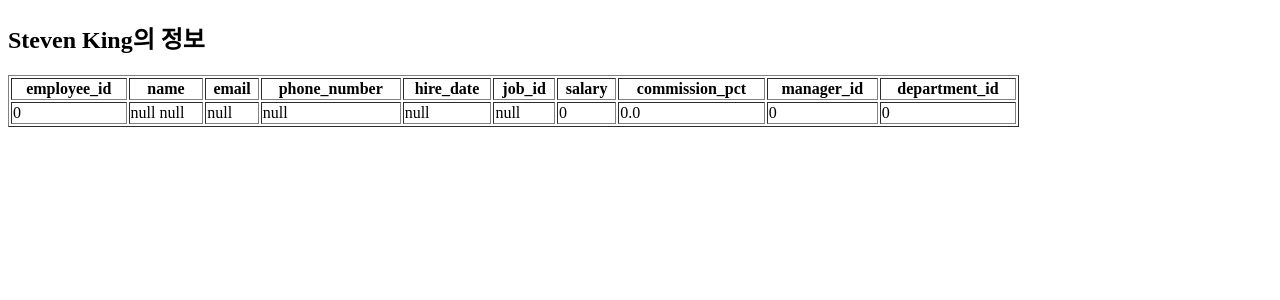
Repository: Mildous/HKIT-BackendClass
Page: http://localhost/sqlTest/employees/EmployeesList.jsp
The author's editor kept a copy of each file at every save. The page is drawn from the files as they stood at one save, then again after the next save.
The browser window is 1280 px wide. The pictures show the whole page.
The page is served by Tomcat 9. Other server files are loaded and not shown.

Above is the page before, as saved 2022-08-19 07:08:07.

### workspace/jsp/sqlTest/WebContent/employees/EmployeesList.jsp
<%@page import="java.sql.ResultSet"%>
<%@page import="java.sql.PreparedStatement"%>
<%@page import="java.sql.Connection"%>
<%@page import="employees.EmployeesDAO"%>
<%@page import="employees.EmployeesDTO"%>
<%@ page language="java" contentType="text/html; charset=UTF-8"
    pageEncoding="UTF-8"%>
<%
	String first_name = "Steven";
	String last_name = "King";

	EmployeesDTO dto = new EmployeesDTO();
	dto.setFirst_name(first_name);
	dto.setLast_name(last_name);
	EmployeesDAO dao = new EmployeesDAO();
	EmployeesDTO result = dao.viewStevenKing(dto);

%>
<!DOCTYPE html>
<html>
<head>
<meta charset="UTF-8">
<title>Steven King의 정보 출력</title>
</head>
<body>

<h2>Steven King의 정보</h2>
	<table border="1" width="80%">
		<tr>
			<th>employee_id</th>
			<th>name</th>
			<th>email</th>
			<th>phone_number</th>
			<th>hire_date</th>
			<th>job_id</th>
			<th>salary</th>
			<th>commission_pct</th>
			<th>manager_id</th>
			<th>department_id</th>
		</tr>
		<tr>
			<td><%= result.getEmployee_id() %></td>
			<td><%= result.getFirst_name() %> <%= result.getLast_name() %></td>
			<td><%= result.getEmail() %></td>
			<td><%= result.getPhone_number() %></td>
			<td><%= result.getHire_date() %></td>
			<td><%= result.getJob_id() %></td>
			<td><%= result.getSalary() %></td>
			<td><%= result.getCommission_pct() %></td>
			<td><%= result.getManager_id() %></td>
			<td><%= result.getDepartment_id() %></td>
		</tr>
	</table>
</body>
</html>

### workspace/jsp/sqlTest/src/employees/EmployeesDTO.java
package employees;

import java.sql.Date;

public class EmployeesDTO {

	private int employee_id;
	private String first_name;
	private String last_name;
	private String email;
	private String phone_number;
	private Date hire_date;
	private String job_id;
	private int salary;
	private double commission_pct;
	private int manager_id;
	private int department_id;


	public int getEmployee_id() {
		return employee_id;
	}
	public void setEmployee_id(int employee_id) {
		this.employee_id = employee_id;
	}
	public String getFirst_name() {
		return first_name;
	}
	public void setFirst_name(String first_name) {
		this.first_name = first_name;
	}
	public String getLast_name() {
		return last_name;
	}
	public void setLast_name(String last_name) {
		this.last_name = last_name;
	}
	public String getEmail() {
		return email;
	}
	public void setEmail(String email) {
		this.email = email;
	}
	public String getPhone_number() {
		return phone_number;
	}
	public void setPhone_number(String phone_number) {
		this.phone_number = phone_number;
	}
	public Date getHire_date() {
		return hire_date;
	}
	public void setHire_date(Date hire_date) {
		this.hire_date = hire_date;
	}
	public String getJob_id() {
		return job_id;
	}
	public void setJob_id(String job_id) {
		this.job_id = job_id;
	}
	public int getSalary() {
		return salary;
	}
	public void setSalary(int salary) {
		this.salary = salary;
	}
	public double getCommission_pct() {
		return commission_pct;
	}
	public void setCommission_pct(double commission_pct) {
		this.commission_pct = commission_pct;
	}
	public int getManager_id() {
		return manager_id;
	}
	public void setManager_id(int manager_id) {
		this.manager_id = manager_id;
	}
	public int getDepartment_id() {
		return department_id;
	}
	public void setDepartment_id(int department_id) {
		this.department_id = department_id;
	}

}

### workspace/jsp/sqlTest/src/employees/EmployeesDAO.java
package employees;

import java.sql.Connection;
import java.sql.PreparedStatement;
import java.sql.ResultSet;

import util.DB;

public class EmployeesDAO {
	Connection conn = null;
	PreparedStatement pstmt = null;
	ResultSet rs = null;

	public EmployeesDTO viewStevenKing(EmployeesDTO param) {
		EmployeesDTO dto = new EmployeesDTO();
		Connection conn = DB.dbConn();

		try {
			String sql = "select * from employees where first_name = ? and last_name = ?";
			pstmt.setString(1, param.getFirst_name());
			pstmt.setString(2, param.getLast_name());
			pstmt = conn.prepareStatement(sql);
			rs = pstmt.executeQuery();

			if(rs.next()) {
				dto.setEmployee_id(rs.getInt("employee_id"));
				dto.setFirst_name(rs.getString("first_name"));
				dto.setLast_name(rs.getString("last_name"));
				dto.setEmail(rs.getString("email"));
				dto.setPhone_number(rs.getString("phone_number"));
				dto.setHire_date(rs.getDate("hire_date"));
				dto.setJob_id(rs.getString("job_id"));
				dto.setSalary(rs.getInt("salary"));
				dto.setCommission_pct(rs.getDouble("commission_pct"));
				dto.setManager_id(rs.getInt("manager_id"));
				dto.setDepartment_id(rs.getInt("department_id"));
			}
		} catch(Exception e) {
			//e.printStackTrace();
		} finally {
			DB.dbConnClose(rs, pstmt, conn);
		}
		return dto;
	}
}

### workspace/jsp/sqlTest/src/util/DB.java
package util;

import java.sql.Connection;
import java.sql.DriverManager;
import java.sql.PreparedStatement;
import java.sql.ResultSet;

public class DB {
	public static Connection dbConn() {
		String dbDriver = "oracle.jdbc.driver.OracleDriver";
		String dbUrl = "jdbc:oracle:thin:@localhost:1521/xe";
		String dbId = "hr";
		String dbPasswd = "1234";

		Connection conn = null;

		try {
			Class.forName(dbDriver);
		} catch(Exception e) {
			//e.printStackTrace();
			System.out.println("-- 오라클 드라이버 오류 --");
		}

		try {
			conn = DriverManager.getConnection(dbUrl, dbId, dbPasswd);
		} catch(Exception e) {
			//e.printStackTrace();
			System.out.println("-- 오라클 접속 오류 --");
		}
		return conn;
	}

	public static void dbConnClose(ResultSet rs, PreparedStatement pstmt, Connection conn) {

		try {
			if(rs != null) { rs.close(); }
		} catch(Exception e) {
			//e.printStackTrace();
		}

		try {
			if(pstmt != null) { pstmt.close(); }
		} catch(Exception e) {
			//e.printStackTrace();
		}

		try {
			if(conn != null) { conn.close(); }
		} catch(Exception e) {
			//e.printStackTrace();
		}
	}
}

After the next save:
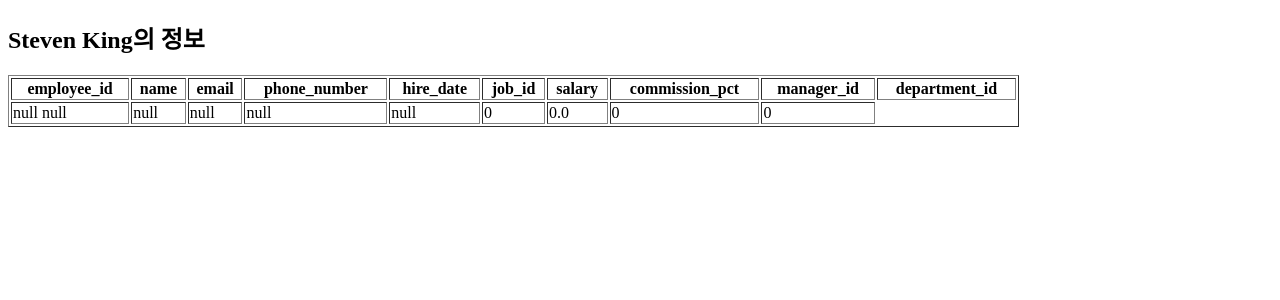
Saved 9 s later.
--- a/workspace/jsp/sqlTest/WebContent/employees/EmployeesList.jsp
+++ b/workspace/jsp/sqlTest/WebContent/employees/EmployeesList.jsp
@@ -39,7 +39,7 @@
 			<th>department_id</th>
 		</tr>
 		<tr>
-			<td><%= result.getEmployee_id() %></td>
+
 			<td><%= result.getFirst_name() %> <%= result.getLast_name() %></td>
 			<td><%= result.getEmail() %></td>
 			<td><%= result.getPhone_number() %></td>

After the save that followed:
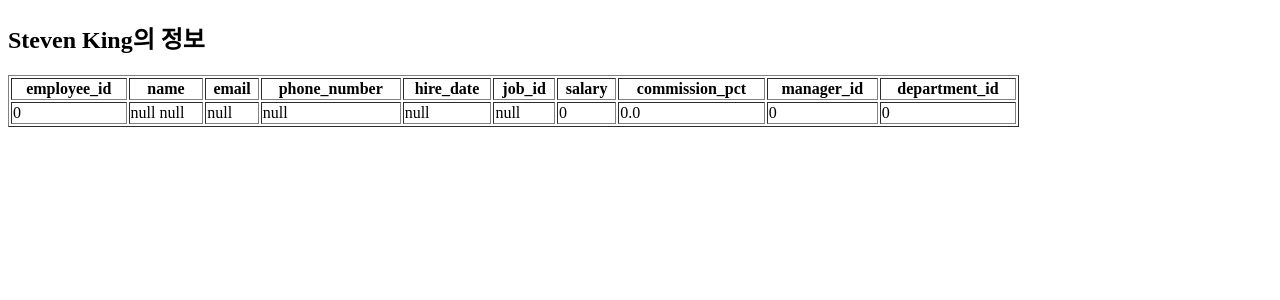
Saved 17 s later.
--- a/workspace/jsp/sqlTest/WebContent/employees/EmployeesList.jsp
+++ b/workspace/jsp/sqlTest/WebContent/employees/EmployeesList.jsp
@@ -39,7 +39,7 @@
 			<th>department_id</th>
 		</tr>
 		<tr>
-
+			<td><%= result.getEmployee_id() %></td>
 			<td><%= result.getFirst_name() %> <%= result.getLast_name() %></td>
 			<td><%= result.getEmail() %></td>
 			<td><%= result.getPhone_number() %></td>
